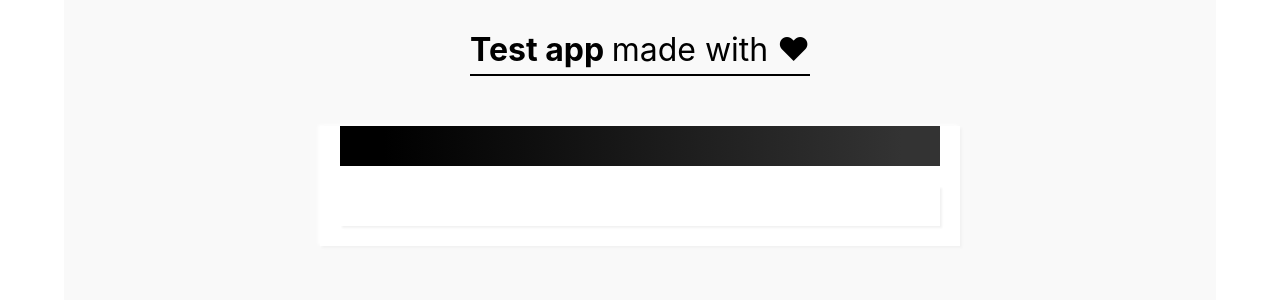
Repository: Khattak01/test-app
Page: /
An editor plug-in stored every save of this project. The page is shown before and after the next save, followed by the edit.
The browser window is 1280 px wide. The pictures show the whole page.
The project was rebuilt for these pictures with package versions that can differ from the ones it lists, and the page was loaded fresh each time.

Above is the page before, as saved 2021-05-12 08:03:25.

After the next save:
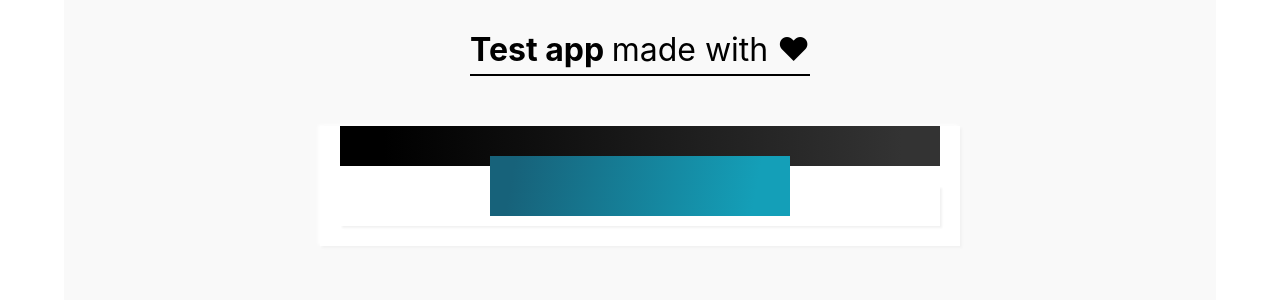
Saved 21 s later.
--- a/src/components/banner/Banner.module.css
+++ b/src/components/banner/Banner.module.css
@@ -28,6 +28,8 @@
   transform: translate(-50%,-50%);
 
   background-image: var(--color-primary);
+  width: 300px;
+  height:60px
 }
 
 
